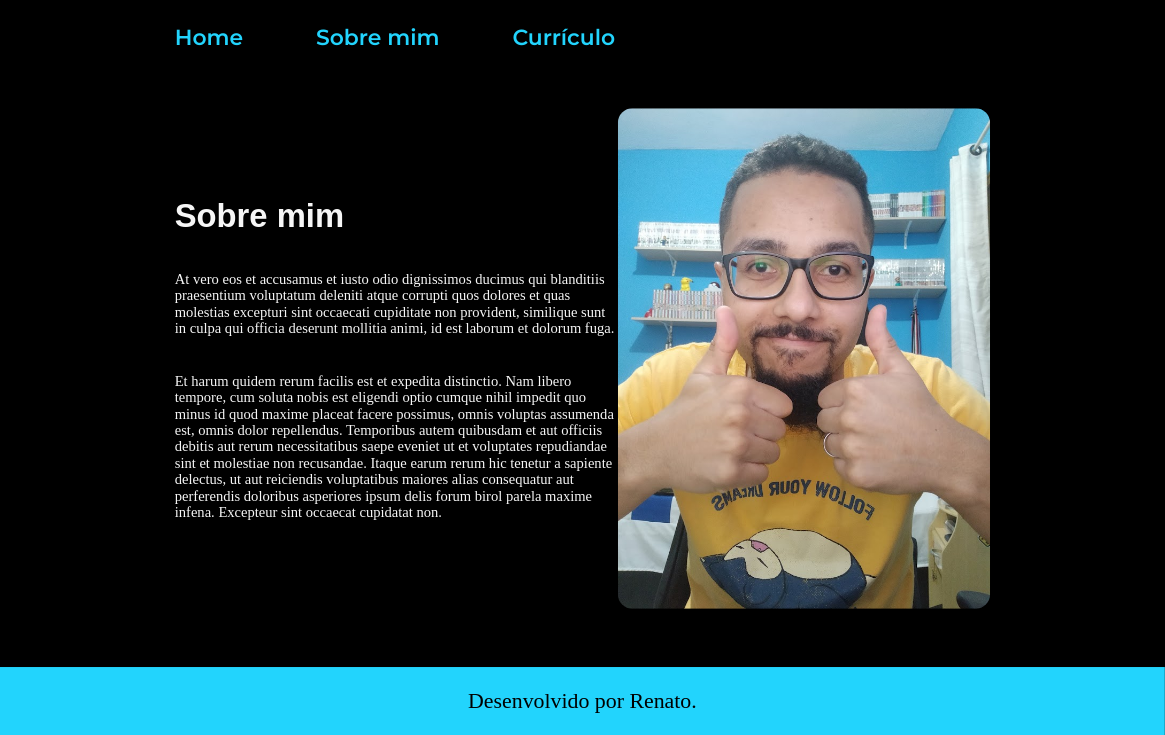
Repository: RenatoCCS/Portfolio_Alura
Page: about.html
These files come from the project's save history. The page is drawn as it stood at one moment and after the next save; the edit follows.
The browser window is 1280 px wide. The pictures show the whole page, at 91% of full size.
Some web fonts or font styles are not loaded; a fallback is used.

Above is the page before, as saved 2023-03-06 20:51:03.

### about.html
<!DOCTYPE html>
<html lang="pt-br">
  <head>
    <meta charset="UTF-8" />
    <meta http-equiv="X-UA-Compatible" content="IE=edge" />
    <meta name="viewport" content="width=device-width, initial-scale=1.0" />
    <title>Sobre mim</title>
    <link rel="stylesheet" href="./styles/style.css" />
  </head>

  <body>
    <header class="cabecalho">
      <nav class="cabecalho__menu">
        <a class="cabecalho__menu__link" href="index.html">Home</a>
        <a class="cabecalho__menu__link" href="about.html">Sobre mim</a>
        <a class="cabecalho__menu__link" href="curriculo.html">Currículo</a>
      </nav>
    </header>

    <main class="apresentacao">
      <section class="apresentacao__conteudo">
        <h1 class="apresentacao__conteudo__titulo">Sobre mim</h1>
        <p class="apresentacao__conteudo__">
          At vero eos et accusamus et iusto odio dignissimos ducimus qui
          blanditiis praesentium voluptatum deleniti atque corrupti quos dolores
          et quas molestias excepturi sint occaecati cupiditate non provident,
          similique sunt in culpa qui officia deserunt mollitia animi, id est
          laborum et dolorum fuga.
        </p>
        <p class="apresentacao__conteudo__">
          Et harum quidem rerum facilis est et expedita distinctio. Nam libero
          tempore, cum soluta nobis est eligendi optio cumque nihil impedit quo
          minus id quod maxime placeat facere possimus, omnis voluptas assumenda
          est, omnis dolor repellendus. Temporibus autem quibusdam et aut
          officiis debitis aut rerum necessitatibus saepe eveniet ut et
          voluptates repudiandae sint et molestiae non recusandae. Itaque earum
          rerum hic tenetur a sapiente delectus, ut aut reiciendis voluptatibus
          maiores alias consequatur aut perferendis doloribus asperiores ipsum
          delis forum birol parela maxime infena. Excepteur sint occaecat
          cupidatat non.
        </p>
      </section>
      <img
        class="apresentacao__foto"
        src="./assets/renato.jpg"
        alt="Renato fazendo sinal de positivo com ambas as mãos"
      />
    </main>

    <footer class="rodape"><p>Desenvolvido por Renato.</p></footer>
  </body>
</html>

### styles/style.css
@import url('https://fonts.googleapis.com/css2?family=Krona+One&family=Montserrat:wght@400;600&display=swap');

* {
  margin: 0;
  padding: 0;
}

body {
  /* height: 100vh; */
  box-sizing: border-box;
  background-color: #000000;
  color: #f6f6f6;
}

.cabecalho {
  padding: 2% 0% 0% 15%;
}

.cabecalho__menu {
  display: flex;
  gap: 80px;
}

.cabecalho__menu__link {
  font-family: 'Montserrat', sans-serif;
  font-size: 24px;
  font-weight: 600;
  color: #22d4fd;
  text-decoration: none;
}

.apresentacao {
  padding: 5% 15%;
  display: flex;
  align-items: center;
  justify-content: space-between;
}

.apresentacao__conteudo {
  width: 615px;
  display: flex;
  flex-direction: column;
  gap: 40px;
}

.apresentacao__conteudo__titulo {
  font-size: 36px;
  font-family: 'Krona One', sans-serif;
}

.titulo-destaque {
  color: #22d4fd;
}

.apresentacao__conteudo__texto {
  font-size: 24px;
  font-family: 'Montserrat', sans-serif;
}

.apresentacao__conteudo__texto a {
  text-decoration: none;
  color: #22d4fd;
}

.apresentacao__links {
  display: flex;
  flex-direction: column;
  justify-content: space-between;
  align-items: center;
  gap: 32px;
}

.apresentacao__links__subtitulo {
  font-family: 'Krona One', sans-serif;
  font-weight: 400;
  font-size: 24px;
}

.apresentacao__links__link {
  /* background-color: #22d4fd; foi trocado o estilo*/
  display: flex;
  justify-content: center;
  gap: 16px;
  border: 2px solid #22d4fd;
  width: 378px;
  text-align: center;
  border-radius: 8px;
  font-size: 24px;
  font-weight: 600;
  padding: 21.5px 0;
  text-decoration: none;
  color: #f6f6f6;
  font-family: 'Montserrat', sans-serif;
}

.apresentacao__links__link:hover {
  background-color: #272727;
}

/*Utilizei minha foto e fui adaptando de acordo com o tamanho da outra foto*/
.apresentacao__foto {
  height: 550px;
  width: 490px;
  left: 1032px;
  top: 253px;
  border-radius: 16px;
}

.rodape {
  padding: 24px;
  color: #000000;
  background-color: #22d4fd;
  text-align: center;
  font-family: 'Montserrat' sans-serif;
  font-size: 24px;
  font-weight: 400;
}

After the next save:
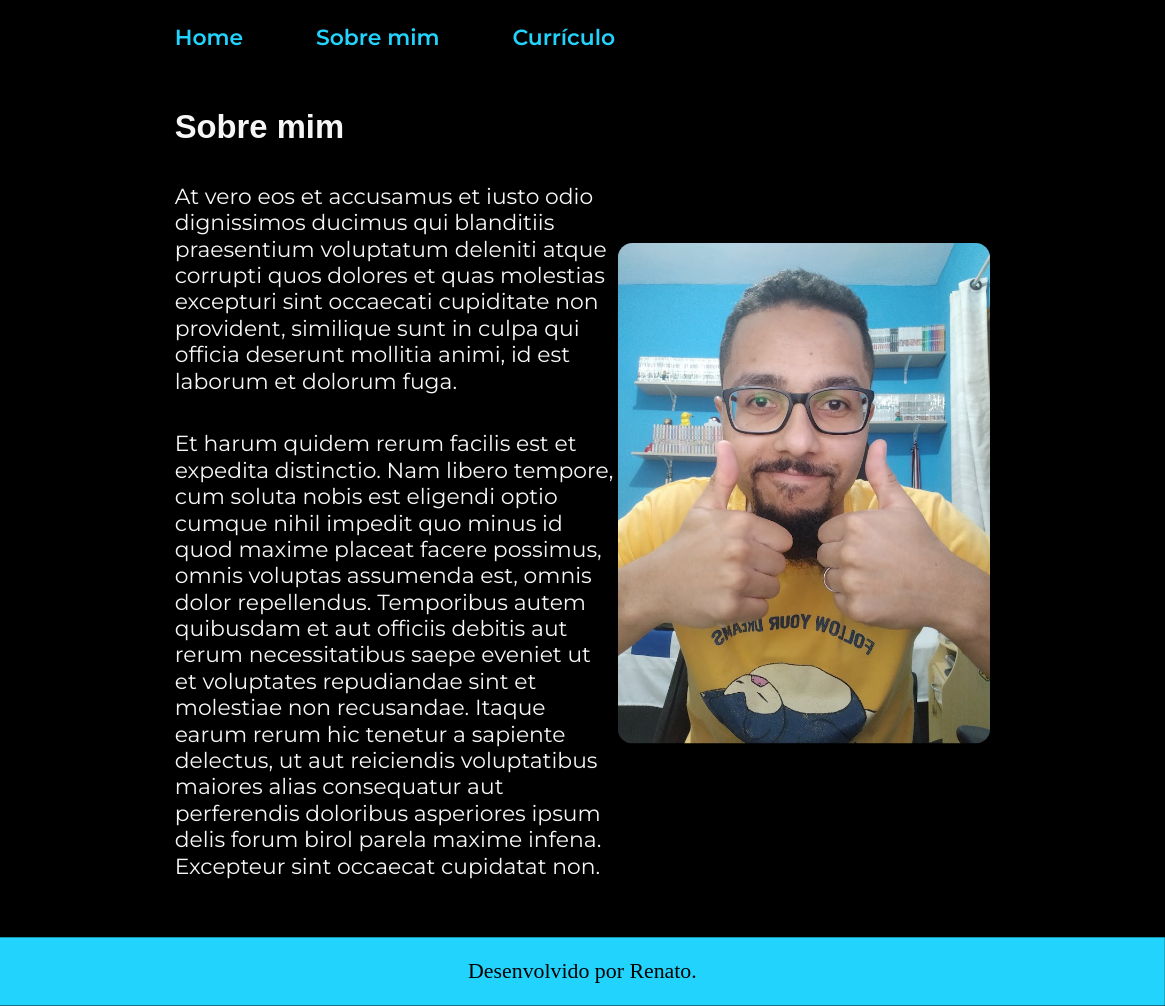
Saved 7 s later.
--- a/about.html
+++ b/about.html
@@ -20,14 +20,14 @@
     <main class="apresentacao">
       <section class="apresentacao__conteudo">
         <h1 class="apresentacao__conteudo__titulo">Sobre mim</h1>
-        <p class="apresentacao__conteudo__">
+        <p class="apresentacao__conteudo__texto">
           At vero eos et accusamus et iusto odio dignissimos ducimus qui
           blanditiis praesentium voluptatum deleniti atque corrupti quos dolores
           et quas molestias excepturi sint occaecati cupiditate non provident,
           similique sunt in culpa qui officia deserunt mollitia animi, id est
           laborum et dolorum fuga.
         </p>
-        <p class="apresentacao__conteudo__">
+        <p class="apresentacao__conteudo__texto">
           Et harum quidem rerum facilis est et expedita distinctio. Nam libero
           tempore, cum soluta nobis est eligendi optio cumque nihil impedit quo
           minus id quod maxime placeat facere possimus, omnis voluptas assumenda
